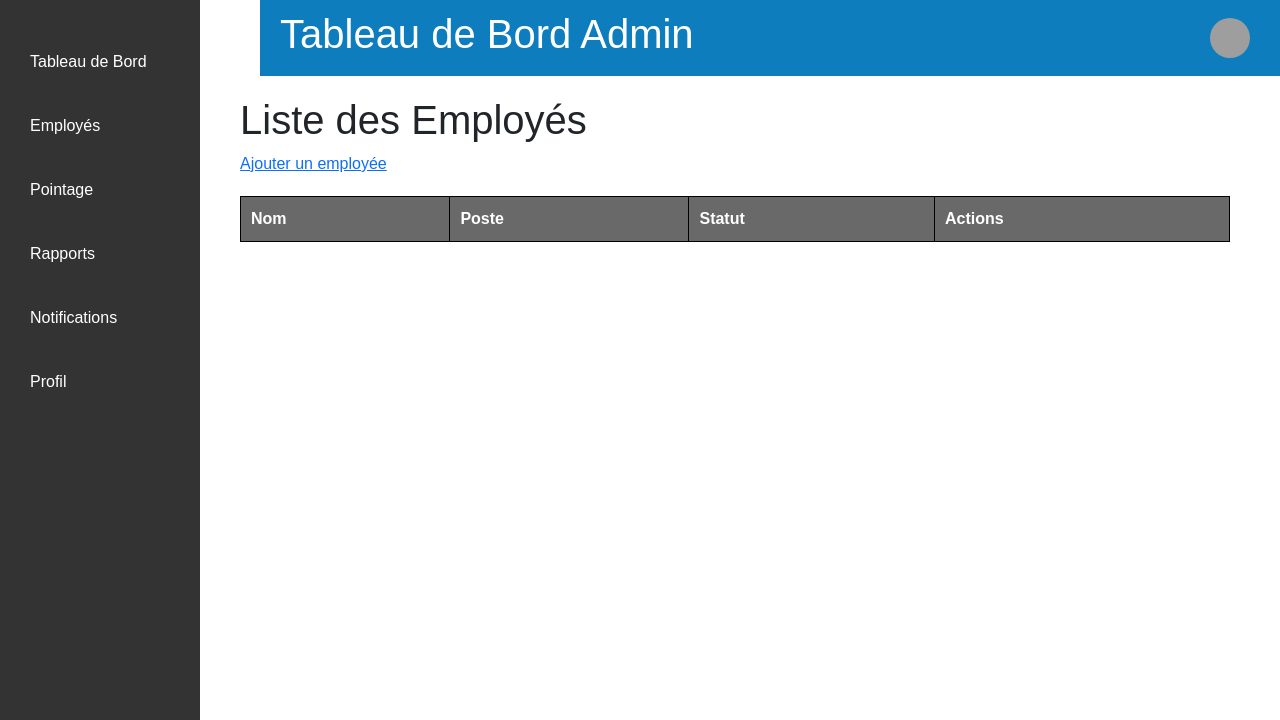
Repository: safa39652/projet-de-developpement-
Page: templates/employe/index.html.twig
These files come from the project's save history. The page is drawn as it stood at one moment and after the next save; the edit follows.
The browser window is 1280 px wide. The pictures show the whole page.
Pictures or frames that could not be fetched are drawn as grey boxes. Some web libraries are served in a nearby version. The page is a Twig template of a Symfony application; nobody is signed in and links lead nowhere. The template is opened directly, without the code that normally fills it, so the values that code supplies are empty.

Above is the page before, as saved 2024-11-20 18:55:54.

### templates/employe/index.html.twig
{% extends 'base.html.twig' %}

{% block title %}Liste des Employés{% endblock %}

{% block body %}
    <h1>Liste des Employés</h1>
 <!-- Lien vers la liste des employés -->
    <a href="{{ path('new_employe') }}">Ajouter un employée </a>

    <table style="border-collapse: collapse; width: 100%; border: 1px solid black;">
        <tr style="background-color: gray;">
            <th style="border: 1px solid black;">Nom</th>
            <th style="border: 1px solid black;">Poste</th>
            <th style="border: 1px solid black;">Statut</th>
            <th style="border: 1px solid black;">Actions</th>
        </tr>
        {% for employe in employes %}
            <tr>
                <td style="border: 1px solid black;">{{ employe.nom }}</td>
                <td style="border: 1px solid black;">{{ employe.poste }}</td>
                <td style="border: 1px solid black;">{{ employe.statut }}</td>
                <td style="border: 1px solid black;">
                   <a href="{{ path('employe_show', {'id': employe.id}) }}" class="btn btn-primary btn-sm">Voir</a>


                     <a href="{{ path('edit_employe', {'id': employe.id}) }}" class="btn btn-warning btn-sm">Modifier</a>

                    <!-- Bouton Supprimer -->
                    <a href="{{ path('delete_employe', {'id': employe.id}) }}"
                       class="btn btn-danger btn-sm"
                       onclick="return confirm('Êtes-vous sûr de vouloir supprimer cet employé ?')">Supprimer</a>

                </td>
            </tr>
        {% endfor %}
    </table>
{% endblock %}

### templates/base.html.twig
<!DOCTYPE html>
<html lang="fr">
  <head>
    <meta charset="UTF-8" />
    <meta name="viewport" content="width=device-width, initial-scale=1.0" />
    <title>Admin Dashboard</title>
    <link rel="stylesheet" href="{{ asset('css/style.css') }}" />
    <script src="https://cdn.jsdelivr.net/npm/chart.js"></script>
    <script src="https://cdn.jsdelivr.net/npm/jquery@3.6.0/dist/jquery.min.js"></script>
    <script src="https://cdn.jsdelivr.net/npm/moment@2.29.1/moment.min.js"></script>
    <script src="https://cdn.jsdelivr.net/npm/fullcalendar@3.2.0/dist/fullcalendar.min.js"></script>
    <link href="https://cdn.jsdelivr.net/npm/bootstrap@5.3.0/dist/css/bootstrap.min.css" rel="stylesheet">
    <script src="https://cdn.jsdelivr.net/npm/bootstrap@5.3.0/dist/js/bootstrap.bundle.min.js"></script>
    <style>
    body {
        font-family: Arial, sans-serif;
        margin: 0;
        padding: 0;
      }

      #calendar {
        margin: 10px;
        width: 30%;
        margin-left: auto;
        margin-right: auto;
      }

      header {
        display: flex;
        justify-content: space-between;
        align-items: center;
        padding: 10px 20px;
        background-color: #0d7dbe;
        color: #fff;
      }
      .sidebar {
        width: 200px;
        position: fixed;
        top: 0;
        left: 0;
        height: 100%;
        background-color: #333;
        padding: 20px;
        color: #fff;
      }
      .sidebar ul {
        list-style-type: none;
        padding: 0;
      }
      .sidebar ul li {
        margin: 20px 0;
      }
      .sidebar ul li a {
        text-decoration: none;
        color: #fff;
        display: block;
      }
      main {
        margin-left: 220px;
        padding: 20px;
      }
      .card {
        background-color: #fff;
        border: 1px solid #ddd;
        border-radius: 8px;
        padding: 15px;
        margin-bottom: 15px;
        box-shadow: 0 2px 4px rgba(0, 0, 0, 0.1);
      }
      .admin-profile {
        display: flex;
        align-items: center;
      }
      .avatar {
        width: 40px;
        height: 40px;
        border-radius: 50%;
      }
      .dropdown-menu {
        display: none;
        position: absolute;
        top: 50px;
        right: 10px;
        background: #fff;
        border: 1px solid #ccc;
        border-radius: 5px;
        width: 150px;
      }
      .dropdown-menu a {
        display: block;
        padding: 10px;
        text-decoration: none;
        color: #333;
      }
      .dropdown-menu a:hover {
        background-color: #f0f0f0;
      }
      .avatar-container:hover .dropdown-menu {
        display: block;
      }
      footer {
        text-align: center;
        margin-top: 20px;
        padding: 10px;
        background-color: #333;
        color: #fff;
      }
    </style>
  </head>
<body>
    <header>
      <h1>Tableau de Bord Admin</h1>
      <div class="admin-profile">
        <div class="avatar-container">
          <img
            src="https://img.icons8.com/color/512w/administrator-male.png"
            alt="Admin Avatar"
            class="avatar"
          />
          <div class="dropdown-menu">
            <a href="{{ path('app_front_profile') }}">Voir Profil</a>
            <a href="{{ path('app_home') }}">Se Déconnecter</a>
          </div>
        </div>
      </div>
    </header>
    <aside class="sidebar">
      <ul>
        <li><a href="{{ path('app_front_dashboard')}}">Tableau de Bord</a></li>
        <li><a href="{{ path('employe_list')}}">Employés</a></li>
        <li><a href="#attendance">Pointage</a></li>
        <li><a href="#reports">Rapports</a></li>
        <li><a href="#notifications">Notifications</a></li>
        <li><a href="{{ path('app_front_profile') }}">Profil</a></li>
      </ul>
    </aside>
    <main>
      {% block body %}{% endblock %}
    </main>

  </body>
</html>

### public/css/Style.css
/* General Styles */
body {
  margin: 0;
  font-family: Arial, sans-serif;
  display: flex;
  flex-direction: column;
  min-height: 100vh;
  color: #333;
  background-color: #f4f7fc;
}

h2 {
  margin: 20px 0;
  font-size: 24px;
  color: #444;
}

/* Sidebar */
.sidebar {
  width: 210px;
  background-color: #333;
  color: #fff;
  height: 100vh;
  position: fixed;
  top: 0;
  left: 0;
  display: flex;
  flex-direction: column;
  padding: 10px;
}

.sidebar ul {
  list-style: none;
  padding: 0;
  margin: 0;
}

.sidebar ul li {
  margin: 15px 0;
}

.sidebar ul li a {
  text-decoration: none;
  color: #fff;
  display: block;
  padding: 10px;
  border-radius: 5px;
  transition: background 0.3s ease;
}

.sidebar ul li a:hover {
  background-color: #575757;
}

/* Header */
header {
  display: flex;
  justify-content: space-between;
  align-items: center;
  background-color: #7d817d;
  color: #fff;
  padding: 10px 20px;
  margin-left: 260px;
}

header .admin-profile {
  display: flex;
  align-items: center;
}

header .avatar {
  width: 40px;
  height: 40px;
  border-radius: 50%;
  margin-right: 10px;
}

header .sign-out {
  margin-left: 20px;
  text-decoration: none;
  color: #fff;
  padding: 5px 10px;
  background-color: #0f0f0f;
  border-radius: 5px;
  transition: background 0.3s ease;
}

header .sign-out:hover {
  background-color: #e64a19;
}

/* Main Content */
main {
  margin-left: 250px;
  padding: 20px;
  width: calc(100% - 250px);
}

/* Dashboard Cards */
.cards-container {
  display: flex;
  gap: 20px;
}

.card {
  background-color: #f9f9f9;
  padding: 20px;
  border-radius: 5px;
  box-shadow: 0 2px 4px rgba(0, 0, 0, 0.1);
  flex: 1;
  text-align: center;
}

.card h3 {
  margin-bottom: 10px;
}

.card p {
  font-size: 24px;
  color: #4e4d50;
}

/* Employee Table */
table {
  width: 100%;
  border-collapse: collapse;
  margin: 20px 0;
}

table th,
table td {
  padding: 10px;
  text-align: left;
  border: 1px solid #ddd;
}

table th {
  background-color: #696969;
  color: white;
}

table tr:nth-child(even) {
  background-color: #f9f9f9;
}

table tr:hover {
  background-color: #f1f1f1;
}

/* Notifications */
#notifications ul {
  list-style: none;
  padding: 0;
}

#notifications ul li {
  background-color: #fff8e1;
  padding: 10px;
  margin: 10px 0;
  border-left: 5px solid #ff9800;
  border-radius: 3px;
}

/* Forms */
form {
  max-width: 500px;
  margin: 20px 0;
  display: flex;
  flex-direction: column;
}

form label {
  margin-bottom: 5px;
}

form input,
form select,
form button {
  margin-bottom: 15px;
  padding: 10px;
  font-size: 16px;
  border: 1px solid #ccc;
  border-radius: 5px;
}

form button {
  background-color: #696969;
  color: white;
  border: none;
  cursor: pointer;
  transition: background 0.3s ease;
}

form button:hover {
  background-color: #555;
}

/* Footer */
footer {
  background-color: #333;
  color: #fff;
  text-align: center;
  padding: 10px 20px;
  margin-top: auto;
}

/* Modal */
.modal {
  position: fixed;
  top: 50%;
  left: 50%;
  transform: translate(-50%, -50%);
  background-color: #fff;
  padding: 20px;
  box-shadow: 0 4px 8px rgba(0, 0, 0, 0.2);
  border-radius: 8px;
  z-index: 1000;
  width: 400px;
  display: none;
}

.modal.visible {
  display: block;
}

.modal h2 {
  margin-top: 0;
  color: #444;
}

.modal button {
  background-color: #e74c3c;
  color: white;
}

.modal button.close-modal {
  margin-top: 10px;
  background-color: #555;
}

.modal button.close-modal:hover {
  background-color: #333;
}

/* Chart Container */
.chart-container {
  display: block;
  box-sizing: border-box;
  height: 350px; /* Adjusted for better visibility */
  width: 100%;
  max-width: 600px; /* Ensuring responsiveness */
  margin: 0 auto;
}

.card {
  background-color: #fff;
  box-shadow: 0 4px 6px rgba(0, 0, 0, 0.1);
  margin: 20px;
  padding: 20px;
  border-radius: 8px;
}

.card h3 {
  margin-bottom: 20px;
}

After the next save:
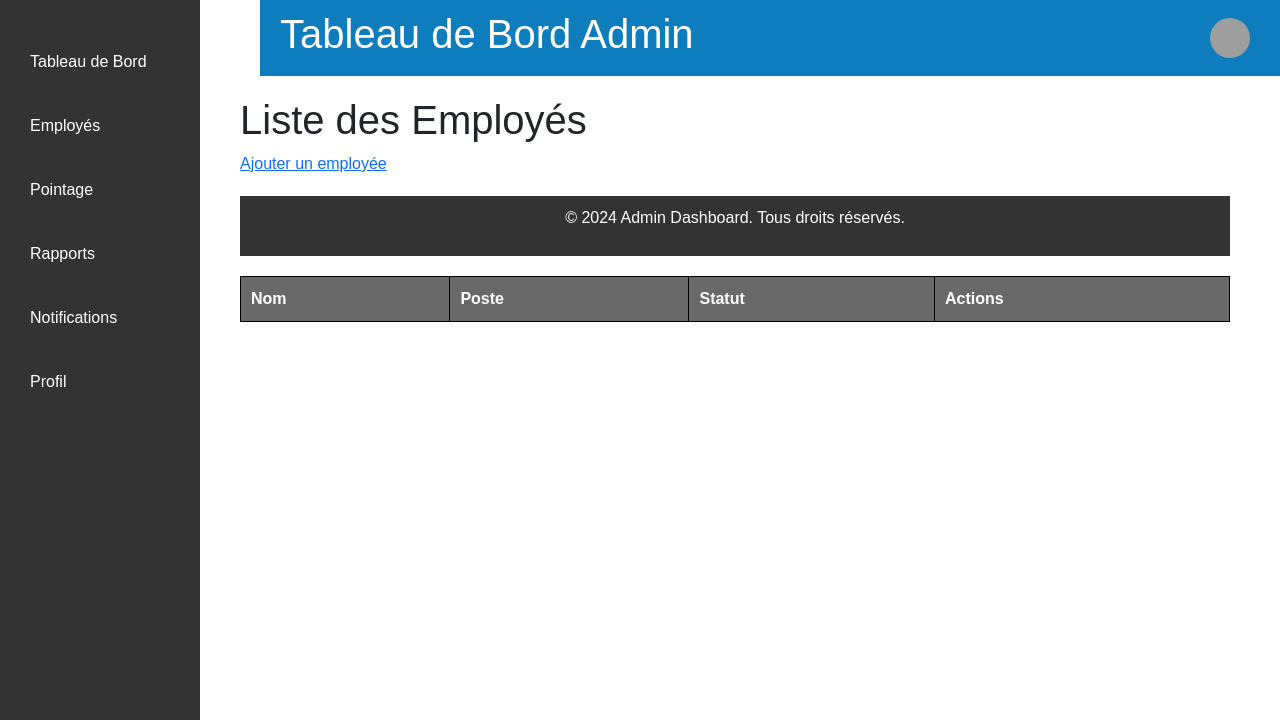
Saved 81 s later.
--- a/templates/employe/index.html.twig
+++ b/templates/employe/index.html.twig
@@ -33,5 +33,8 @@
                 </td>
             </tr>
         {% endfor %}
+        <footer>
+        <p>&copy; 2024 Admin Dashboard. Tous droits réservés.</p>
+      </footer>
     </table>
 {% endblock %}
